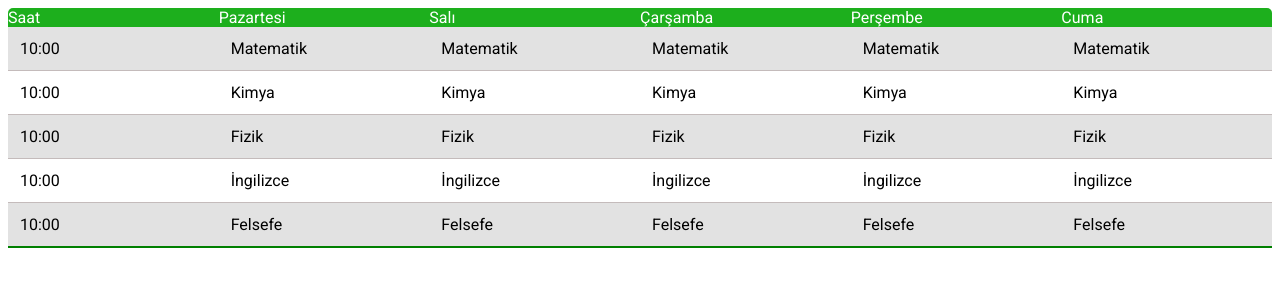
Repository: ahmetbugraozcan/css-ders-programi
Page: deneme.html
An editor plug-in stored every save of this project. The page is shown before and after the next save, followed by the edit.
The browser window is 1280 px wide. The pictures show the whole page.

Above is the page before, as saved 2021-07-10 10:11:15.

After the next save:
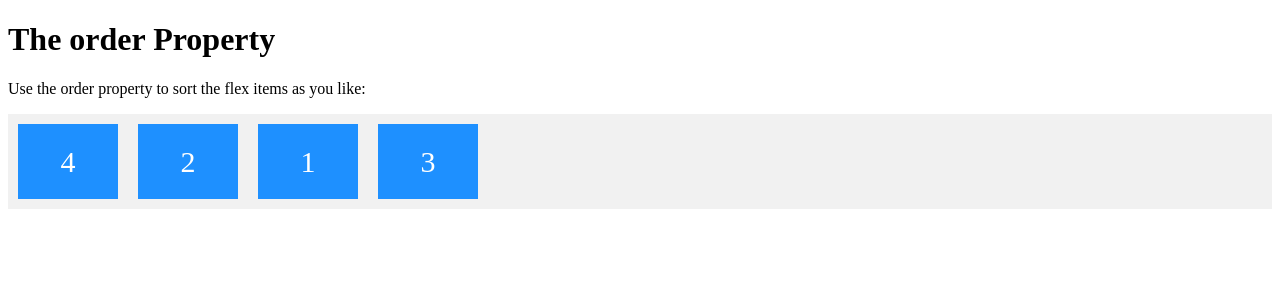
Saved 5 min 17 s later.
--- a/deneme.html
+++ b/deneme.html
@@ -1,115 +1,35 @@
 <!DOCTYPE html>
-<html lang="en">
+<html>
+<head>
+<style>
+.flex-container {
+  display: flex;
+  align-items: stretch;
+  background-color: #f1f1f1;
+}
 
-<head>
-    <link href='http://fonts.googleapis.com/css?family=Roboto' rel='stylesheet' type='text/css'>
+.flex-container>div {
+  background-color: DodgerBlue;
+  color: white;
+  width: 100px;
+  margin: 10px;
+  text-align: center;
+  line-height: 75px;
+  font-size: 30px;
+}
+</style>
+</head>
+<body>
+<h1>The order Property</h1>
 
-    <meta charset="UTF-8">
-    <meta http-equiv="X-UA-Compatible" content="IE=edge">
-    <meta name="viewport" content="width=device-width, initial-scale=1.0">
-    <title>Document</title>
-</head>
-<style>
-    * {
-        box-sizing: border-box;
-    }
+<p>Use the order property to sort the flex items as you like:</p>
 
-    body {
-        font-family: 'Roboto', sans-serif;
+<div class="flex-container">
+  <div style="order: 3">1</div>
+  <div style="order: 2">2</div>
+  <div style="order: 4">3</div>
+  <div style="order: 1">4</div>
+</div>
 
-    }
-
-    header {
-        background-color: rgb(29, 175, 29);
-        color: white;
-        border-radius: 5px 5px 0 0;
-
-    }
-
-    header,
-    .row {
-        display: flex;
-        /* aligns all child elements (flex items) in a row */
-    }
-
-    .col :nth-of-type(odd) {
-        background-color: rgb(226, 226, 226);
-    }
-
-    .col :last-child {
-        border-bottom: 2px solid green;
-    }
-
-    .col>div {
-        border-bottom: 1px solid rgb(196, 187, 187);
-
-
-    }
-
-    .row>.col>div {
-        padding: 12px;
-    }
-
-    .col {
-        flex: 1;
-        /* distributes space on the line equally among items */
-    }
-</style>
-
-<body>
-
-    <header>
-        <div class="col">Saat</div>
-        <div class="col">Pazartesi</div>
-        <div class="col">Salı</div>
-        <div class="col">Çarşamba</div>
-        <div class="col">Perşembe</div>
-        <div class="col">Cuma</div>
-    </header>
-    <div class="row">
-        <div class="col">
-            <div>10:00</div>
-            <div>10:00</div>
-            <div>10:00</div>
-            <div>10:00</div>
-            <div>10:00</div>
-        </div>
-        <div class="col">
-            <div>Matematik</div>
-            <div>Kimya</div>
-            <div>Fizik</div>
-            <div>İngilizce</div>
-            <div>Felsefe</div>
-        </div>
-        <div class="col">
-            <div>Matematik</div>
-            <div>Kimya</div>
-            <div>Fizik</div>
-            <div>İngilizce</div>
-            <div>Felsefe</div>
-        </div>
-        <div class="col">
-            <div>Matematik</div>
-            <div>Kimya</div>
-            <div>Fizik</div>
-            <div>İngilizce</div>
-            <div>Felsefe</div>
-        </div>
-        <div class="col">
-            <div>Matematik</div>
-            <div>Kimya</div>
-            <div>Fizik</div>
-            <div>İngilizce</div>
-            <div>Felsefe</div>
-        </div>
-        <div class="col">
-            <div>Matematik</div>
-            <div>Kimya</div>
-            <div>Fizik</div>
-            <div>İngilizce</div>
-            <div>Felsefe</div>
-        </div>
-    </div>
 </body>
-
 </html>
